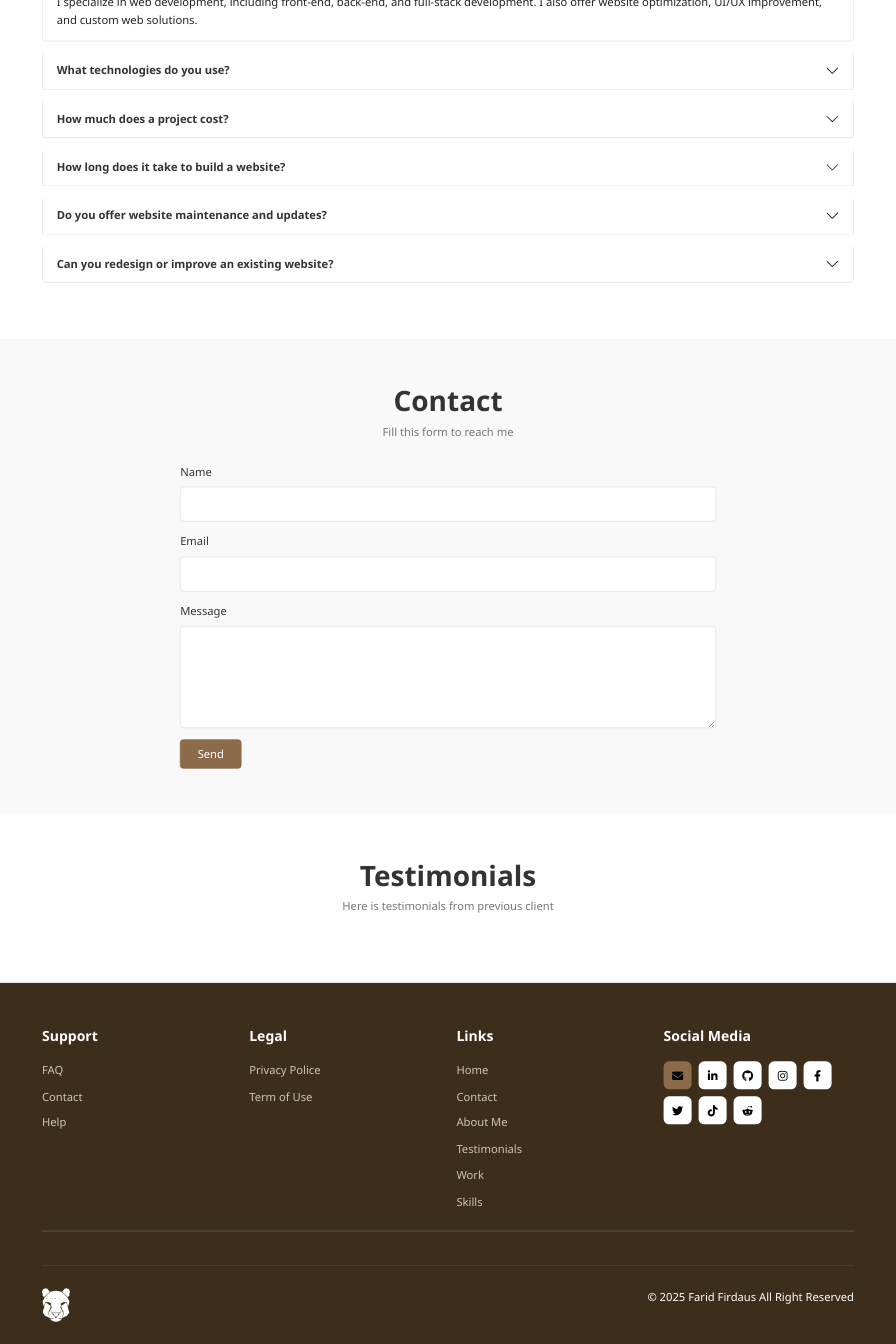
Repository: faridfirdaus-fred/portfolio-pweb
Page: index.html
These files come from the project's save history. The page is drawn as it stood at one moment and after the next save; the edit follows.
The browser window is 1280 px wide. The pictures show the part of the page from y = 2573 to 4493 px (the page is 4493 px tall), at 70% of full size.
The pointer rests on the first visible `.social-icons a`.

Above is the page before, as saved 2025-05-12 17:30:57.
Console error (its wording comes from the project's code and is left out).

After the next save:
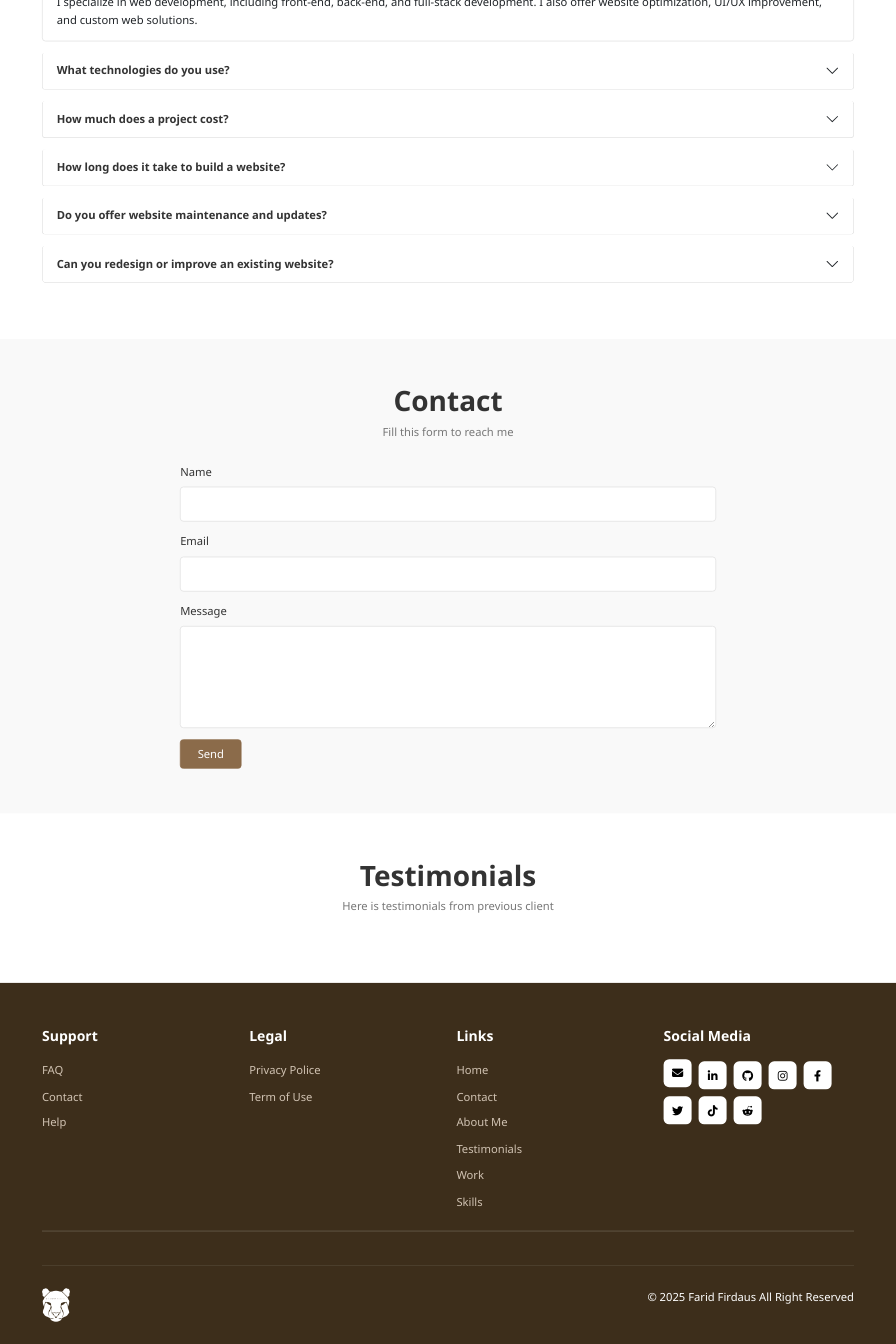
Saved 5 s later.
--- a/css/style.css
+++ b/css/style.css
@@ -507,10 +507,9 @@
     transition: all 0.3s ease;
 }
 
-.social-icons a:hover {
-  background-color: var(--primary-color);
-}
-
+.social-icon-link:hover {
+    transform: translateY(-3px);
+}
 .footer-bottom {
   margin-top: 3rem;
   padding-top: 2rem;
